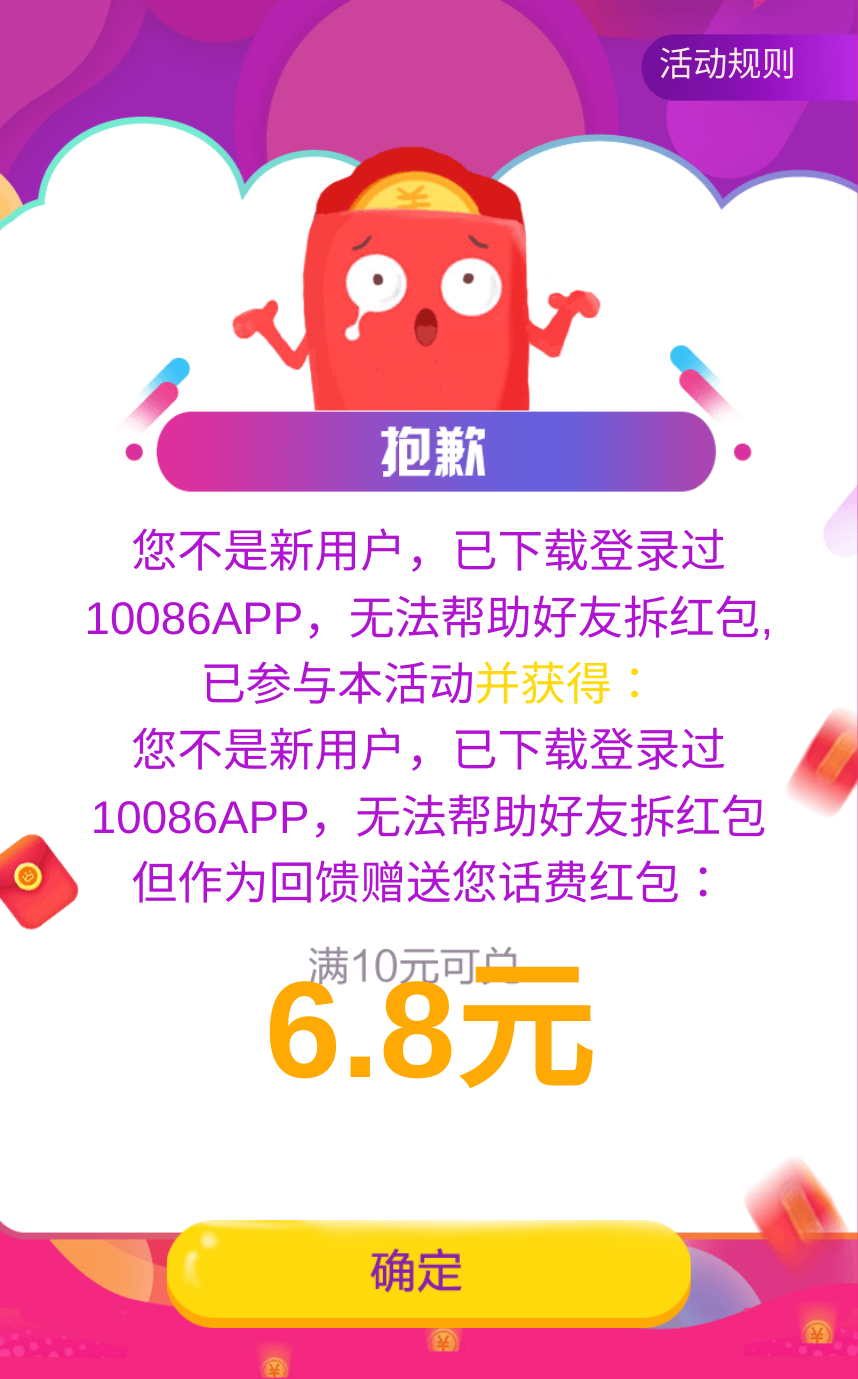
Repository: wangbiaozy/hb
Page: index_fail.html
An editor plug-in stored every save of this project. The page is shown before and after the next save, followed by the edit.
The browser window is 1280 px wide. The pictures show the whole page, at 67% of full size.

Above is the page before, as saved 2018-08-17 11:12:55.

After the next save:
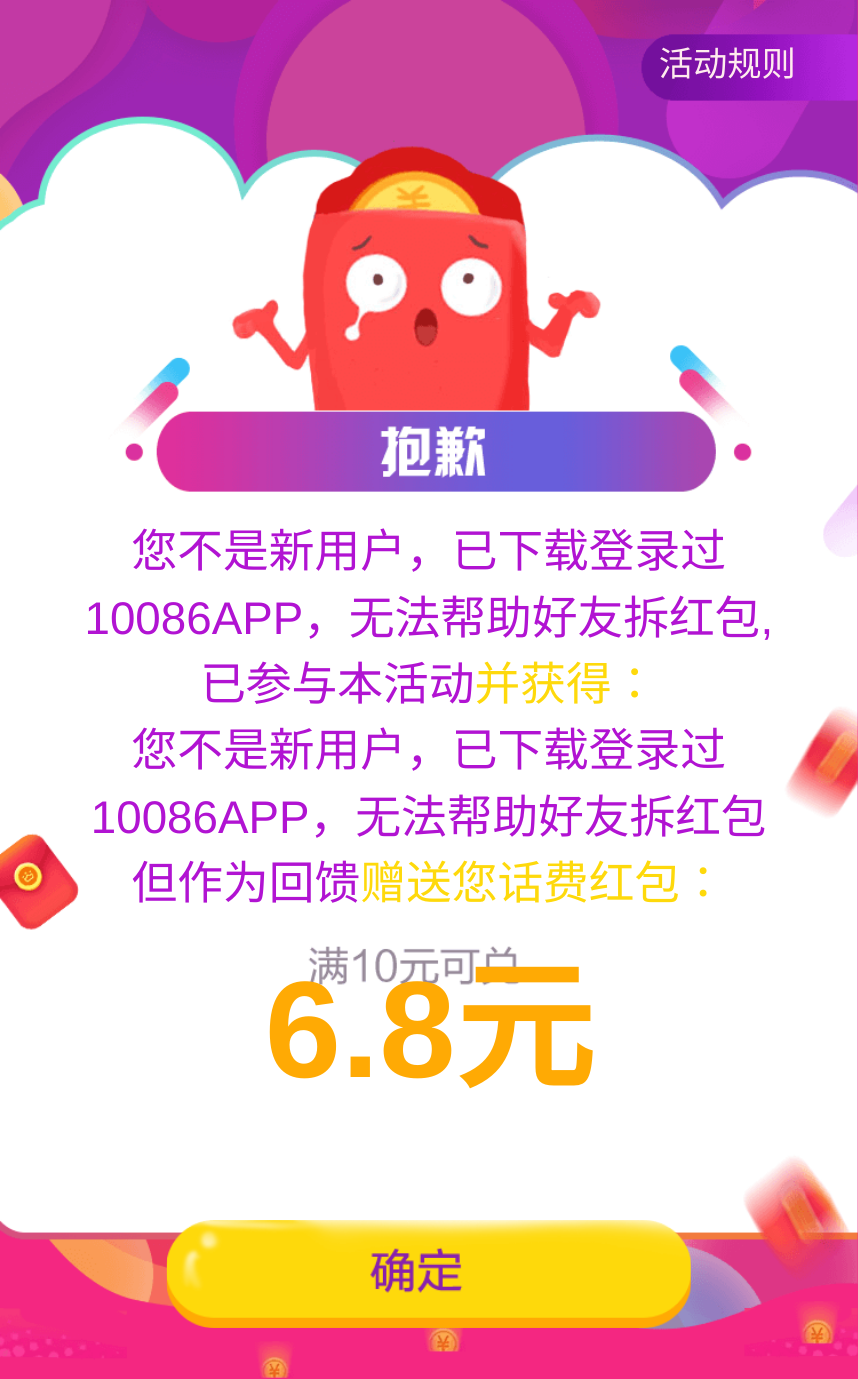
Saved 17 s later.
--- a/index_fail.html
+++ b/index_fail.html
@@ -13,7 +13,7 @@
     <section class="main">
         <a id="rule_btn" href="javascript:void(0)">活动规则</a>
         <p>您不是新用户，已下载登录过10086APP，无法帮助好友拆红包,已参与本活动<span>并获得：</span></p>
-        <p>您不是新用户，已下载登录过10086APP，无法帮助好友拆红包但作为回馈赠送您话费红包：</p>
+        <p>您不是新用户，已下载登录过10086APP，无法帮助好友拆红包但作为回馈<span>赠送您话费红包：</span></p>
         <h2><span>6.8</span>元</h2>
         <a href=""></a>
     </section>
